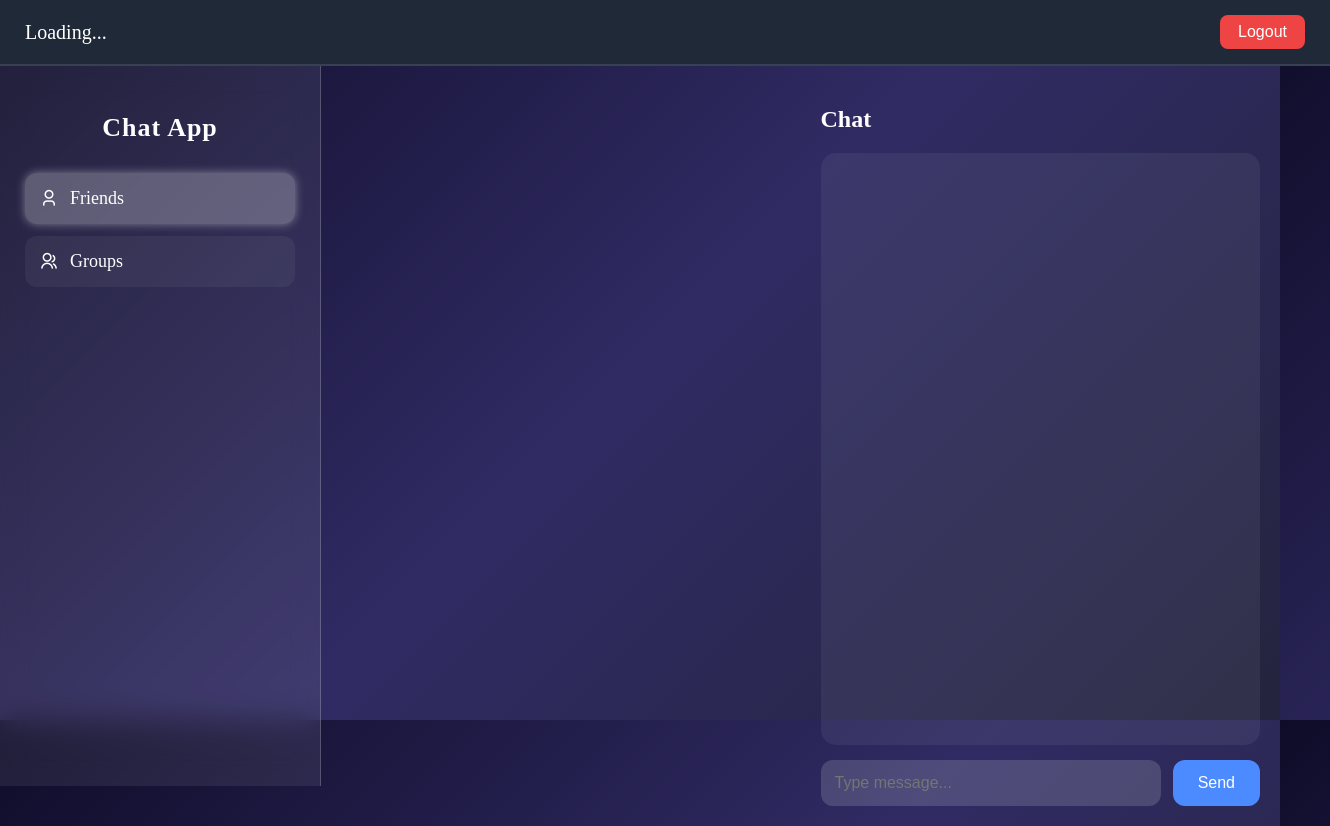
Repository: bharat132002/chat-app
Page: public/index.html
An editor plug-in stored every save of this project. The page is shown before and after the next save, followed by the edit.
The browser window is 1280 px wide. The page is 1330 px wide, so the pictures cover 1330 px, including what lies to the right of the window. The pictures show the whole page.

Above is the page before, as saved 2025-12-02 18:50:40.

### public/index.html
<!DOCTYPE html>
<html lang="en">
<head>
    <meta charset="UTF-8">
    <meta name="viewport" content="width=device-width, initial-scale=1.0">
    <title>Ultimate Chat UI</title>

    <!-- Remix Icons -->
    <link href="https://cdn.jsdelivr.net/npm/remixicon/fonts/remixicon.css" rel="stylesheet">

    <style>

        /* GLOBAL */
        body {
            margin: 0;
            background: linear-gradient(135deg, #0f0c29, #302b63, #24243e);
            font-family: 'Poppins';
            color: #fff;
            height: 100vh;
            overflow: hidden;
        }

        /* WRAPPER */
        .main {
            display: flex;
            height: 100vh;
            width: 100%;
        }

        /* SIDEBAR */
        .sidebar {
            width: 270px;
            background: rgba(255, 255, 255, 0.08);
            backdrop-filter: blur(15px);
            border-right: 1px solid rgba(255,255,255,0.2);
            animation: slideIn 0.6s ease;
            padding: 25px;
        }

        @keyframes slideIn {
            from {transform: translateX(-80px); opacity: 0;}
            to   {transform: translateX(0); opacity: 1;}
        }

        .sidebar h2 {
            text-align: center;
            font-size: 26px;
            letter-spacing: 1px;
            margin-bottom: 30px;
        }

        .menu-item {
            padding: 15px;
            margin-top: 12px;
            display: flex;
            align-items: center;
            gap: 12px;
            font-size: 18px;
            border-radius: 12px;
            cursor: pointer;
            transition: 0.3s;
            background: rgba(255,255,255,0.05);
        }

        .menu-item:hover {
            background: rgba(255,255,255,0.2);
            transform: scale(1.04);
            box-shadow: 0 0 12px rgba(255,255,255,0.3);
        }

        .active {
            background: rgba(255,255,255,0.25);
            box-shadow: 0 0 10px #ffffff67;
        }

        /* SCREENS */
        .screen {
            flex: 1;
            padding: 20px;
            display: none;
            animation: fade 0.5s ease;
            height: 100vh;
        }

        @keyframes fade {
            from {opacity: 0; transform: translateY(20px);}
            to   {opacity: 1; transform: translateY(0);}
        }

        .chat-card {
            padding: 16px;
            border-radius: 12px;
            background: rgba(255,255,255,0.1);
            margin-top: 12px;
            cursor: pointer;
            transition: 0.3s;
        }

        .chat-card:hover {
            background: rgba(255,255,255,0.25);
            transform: translateX(6px);
        }

        /* CHAT WINDOW */
        #chatWindow {
            display: flex;
            flex-direction: column;
        }

        #messages {
            flex: 1;
            overflow-y: auto;
            background: rgba(255,255,255,0.06);
            padding: 20px;
            border-radius: 15px;
            height: 75vh;
        }

        .msg {
            padding: 12px 18px;
            margin: 12px 0;
            max-width: 60%;
            border-radius: 18px;
            animation: pop 0.3s ease;
        }

        @keyframes pop {
            from {transform: scale(0.85); opacity: 0;}
            to   {transform: scale(1); opacity: 1;}
        }

        .left { background: #ffffff24; align-self: flex-start; }
        .right { background: #4b8bff; align-self: flex-end; }

        /* INPUT BOX */
        .input-area {
            display: flex;
            gap: 12px;
            margin-top: 15px;
        }

        .input-area input {
            flex: 1;
            padding: 14px;
            border-radius: 12px;
            border: none;
            outline: none;
            background: rgba(255,255,255,0.15);
            color: white;
            font-size: 16px;
        }

        .send-btn {
            padding: 14px 25px;
            border-radius: 12px;
            border: none;
            background: #4b8bff;
            cursor: pointer;
            color: white;
            font-size: 16px;
            transition: 0.3s;
        }

        .send-btn:hover {
            transform: scale(1.06);
            background: #6ea0ff;
        }
        .top-bar {
        width: 100%;
        padding: 15px 25px;
        background: #1f2937;
        border-bottom: 2px solid #374151;
        color: #fff;
        display: flex;
        justify-content: space-between;
        align-items: center;
        font-size: 20px;
        animation: fadeDown 0.5s ease;
    }

    @keyframes fadeDown {
        from { opacity: 0; transform: translateY(-20px); }
        to   { opacity: 1; transform: translateY(0); }
    }

    .logout-btn {
        background: #ef4444;
        border: none;
        padding: 8px 18px;
        border-radius: 8px;
        color: white;
        font-size: 16px;
        cursor: pointer;
        transition: 0.3s;
    }

    .logout-btn:hover {
        background: #dc2626;
        transform: scale(1.05);
    }

    .chat-container {
        padding: 20px;
    }

    </style>
</head>

<body>

<div class="top-bar">
    <span id="chat-username">Loading...</span>

    <button class="logout-btn" onclick="logoutUser()">
        Logout
    </button>
</div>


<div class="main">

    <!-- SIDEBAR -->
    <div class="sidebar">
        <h2>Chat App</h2>

        <div class="menu-item active" onclick="switchScreen('friends', this)">
            <i class="ri-user-3-line"></i> Friends
        </div>

        <div class="menu-item" onclick="switchScreen('groups', this)">
            <i class="ri-group-line"></i> Groups
        </div>
    </div>

    <!-- SCREENS -->
    <div class="screen" id="friends" style="display:block;">

    </div>

    <div class="screen" id="groups">
        <h2>Groups</h2>

        <div class="chat-card">➕ Create Group (Next Step)</div>
        <div class="chat-card">📌 My Groups</div>
    </div>

    <!-- CHAT WINDOW -->
    <div class="screen" id="chatWindow">
        <h2 id="chatTitle">Chat</h2>

        <div id="messages"></div>

        <div class="input-area">
            <input type="text" id="msgInput" placeholder="Type message..." />
            <button class="send-btn" onclick="sendMsg()">Send</button>
        </div>
    </div>

</div>


<script>
    function switchScreen(screen, element) {
        document.querySelectorAll('.menu-item').forEach(i => i.classList.remove('active'));
        element.classList.add('active');

        document.querySelectorAll('.screen').forEach(s => s.style.display = 'none');
        document.getElementById(screen).style.display = 'block';
    }

    function openChat(name) {
        document.querySelectorAll('.screen').forEach(s => s.style.display = 'none');
        document.getElementById('chatWindow').style.display = 'block';
        document.getElementById('chatTitle').innerText = name;
    }

    function sendMsg() {
        let text = document.getElementById('msgInput').value;
        if (!text) return;

        let box = document.createElement("div");
        box.className = "msg right";
        box.innerText = text;

        document.getElementById("messages").appendChild(box);
        document.getElementById("msgInput").value = "";
    }
</script>
<!-- <script>
    const tokenKey = "chat_token";

    // token check
    const token = localStorage.getItem(tokenKey);
    if (!token) {
        window.location.href = "index.html"; // no login → go back
    }

    // fetch user info using token
    async function loadUser() {
        try {
            const res = await fetch("/api/auth/profile", {
                method: "GET",
                headers: {
                    "Authorization": "Bearer " + token
                }
            });

            const data = await res.json();
            if (data.success && data.user) {
                document.getElementById("chat-username").innerText =
                    "👤 " + data.user.username;
            } else {
                logoutUser();
            }
        } catch (err) {
            logoutUser();
        }
    }

    loadUser();

    // LOGOUT
    function logoutUser() {
        localStorage.removeItem(tokenKey);
        window.location.href = "index.html";
    }
</script> -->

</body>
</html>

After the next save:
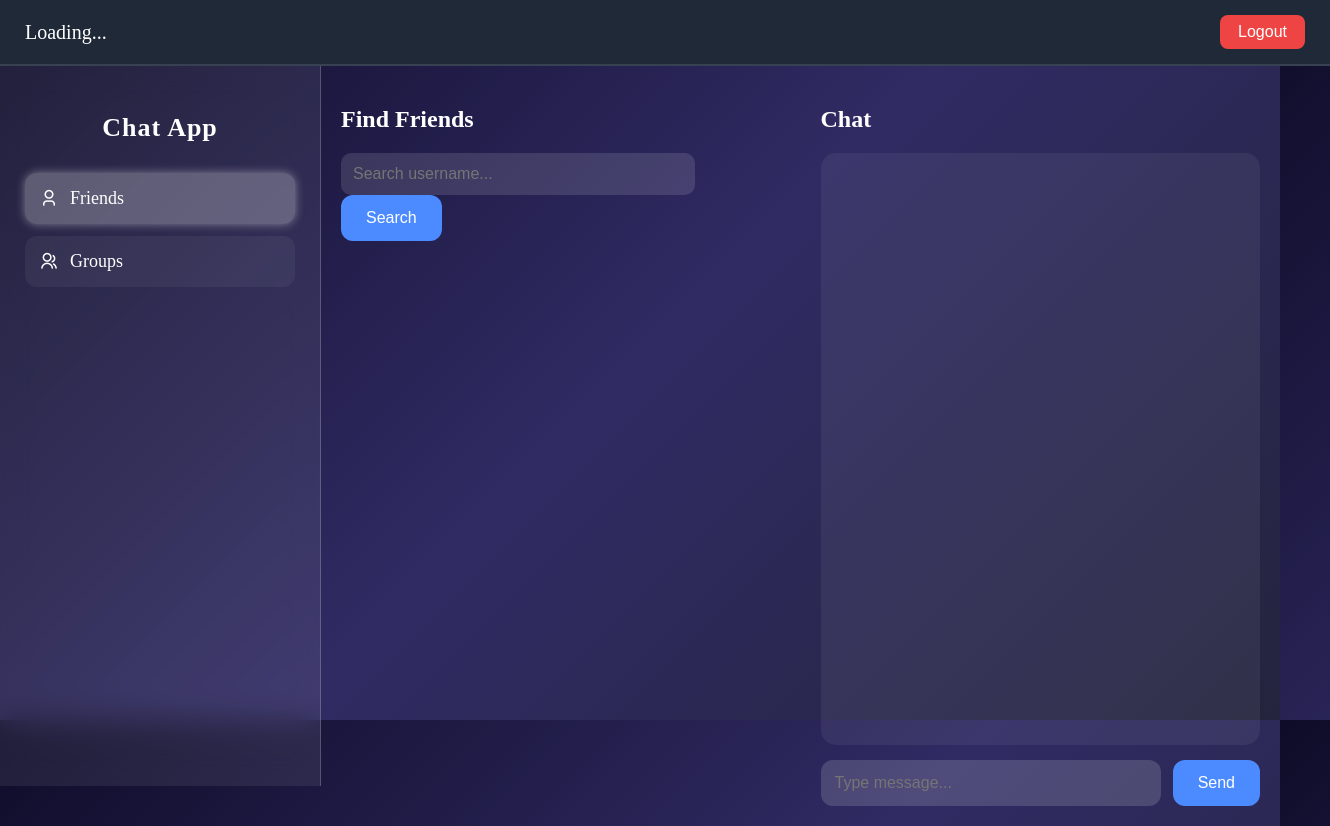
Saved 2 min 33 s later.
--- a/public/index.html
+++ b/public/index.html
@@ -234,8 +234,19 @@
 
     <!-- SCREENS -->
     <div class="screen" id="friends" style="display:block;">
-
+    <h2>Find Friends</h2>
+
+    <div style="margin-top:20px;">
+        <input type="text" id="searchFriendInput" placeholder="Search username..."
+               style="padding:12px; width:75%; border-radius:10px;
+               border:none; outline:none; font-size:16px;
+               background:rgba(255,255,255,0.12); color:white;">
+
+        <button class="send-btn" onclick="searchFriend()">Search</button>
     </div>
+
+    <div id="searchResults" style="margin-top:25px;"></div>
+</div>
 
     <div class="screen" id="groups">
         <h2>Groups</h2>
